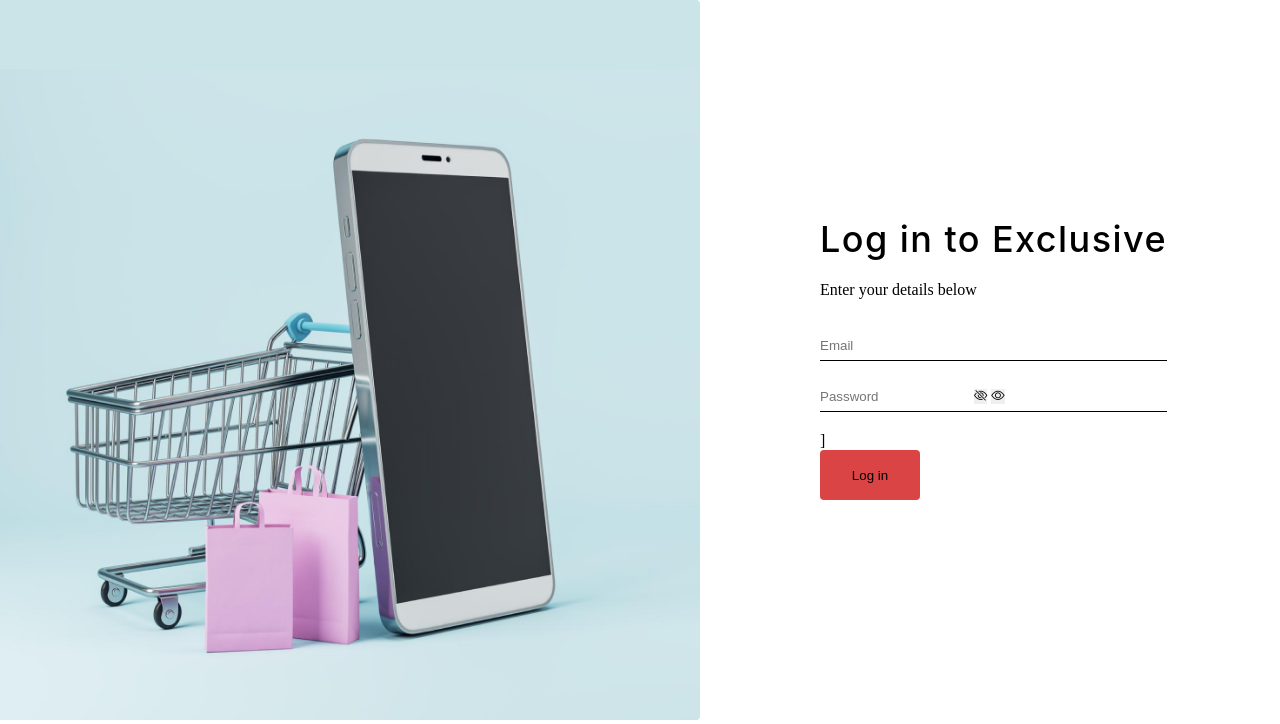
Repository: MehdiKerimov/figma-task-27
Page: pages/loginPage/index.html
An editor plug-in stored every save of this project. The page is shown before and after the next save, followed by the edit.
The browser window is 1280 px wide. The pictures show the whole page.
Some web libraries are served in a nearby version. The style sheet was rebuilt from its Sass, Less or Tailwind sources for each picture, by a compiler version that may differ from the author's.

Above is the page before, as saved 2024-02-17 15:46:21.

After the next save:
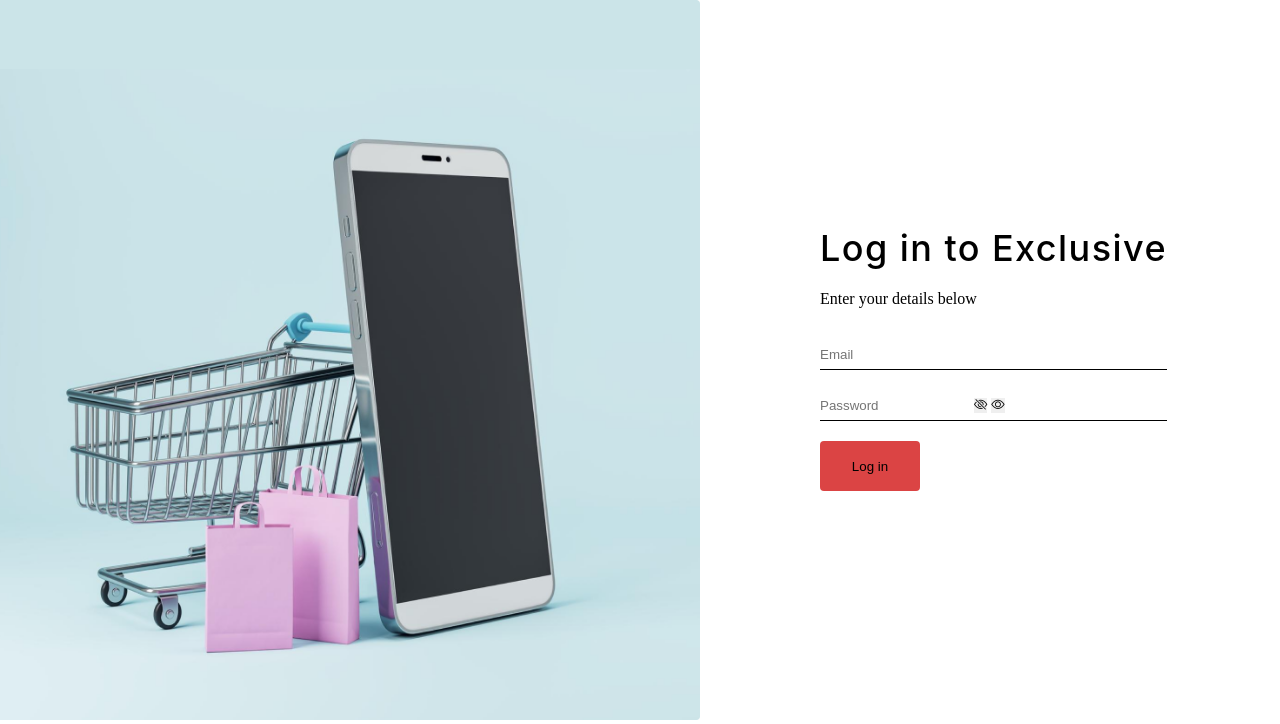
Saved 14 s later.
--- a/pages/loginPage/index.html
+++ b/pages/loginPage/index.html
@@ -33,7 +33,7 @@
                     <button type="button" class="open-btn">
                       <i class="bi bi-eye"></i>
                     </button>
-              </label>]
+              </label>
 
               <button class="log-in">Log in
 
